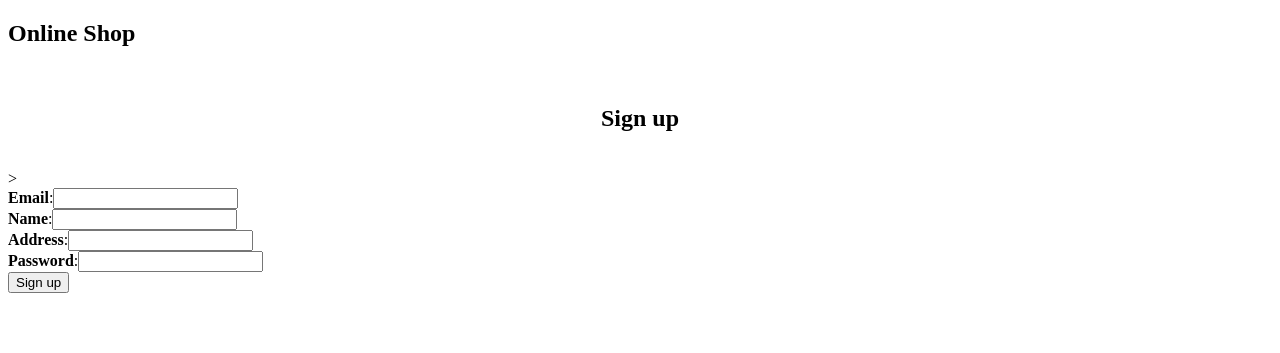
Repository: abdallahokasha/Servlets-and-JSP
Page: http://localhost/onlineShop/Signup.jsp
These files come from the project's save history. The page is drawn as it stood at one moment and after the next save; the edit follows.
The browser window is 1280 px wide. The pictures show the whole page.
The page is served by Tomcat 9.

Above is the page before, as saved 2016-08-10 16:55:02.

After the next save:
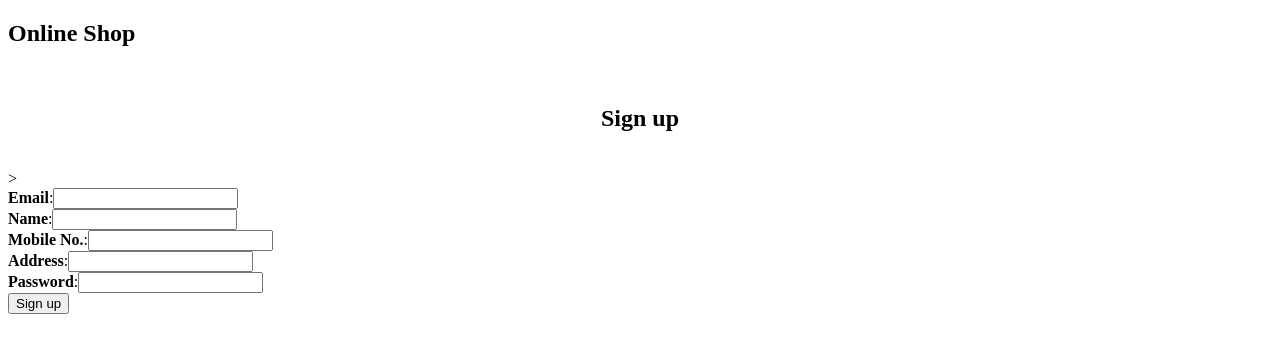
Saved 23 s later.
--- a/onlineShop/WebContent/Signup.jsp
+++ b/onlineShop/WebContent/Signup.jsp
@@ -14,6 +14,7 @@
 <form action="Signup" method="post">
 <strong>Email</strong>:<input type="text" name="Email"><br>
 <strong>Name</strong>:<input type="text" name="Name"><br>
+<strong>Mobile No.</strong>:<input type="text" name="Name"><br>
 <strong>Address</strong>:<input type="text" name="Address"><br>
 <strong>Password</strong>:<input type="password" name="Password"><br>
 
